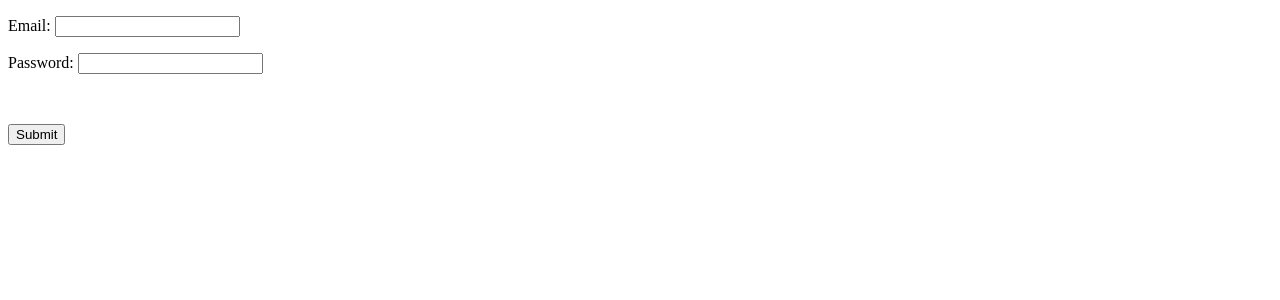
Repository: Dbeee-Acharya/advanceProgrammingTechnologiesSem2
Page: EcliplseWorkspace/W3UserLogin/src/main/webapp/htmlPages/login.html
These files come from the project's save history. The page is drawn as it stood at one moment and after the next save; the edit follows.
The browser window is 1280 px wide. The pictures show the whole page.

Above is the page before, as saved 2024-03-10 07:32:37.

After the next save:
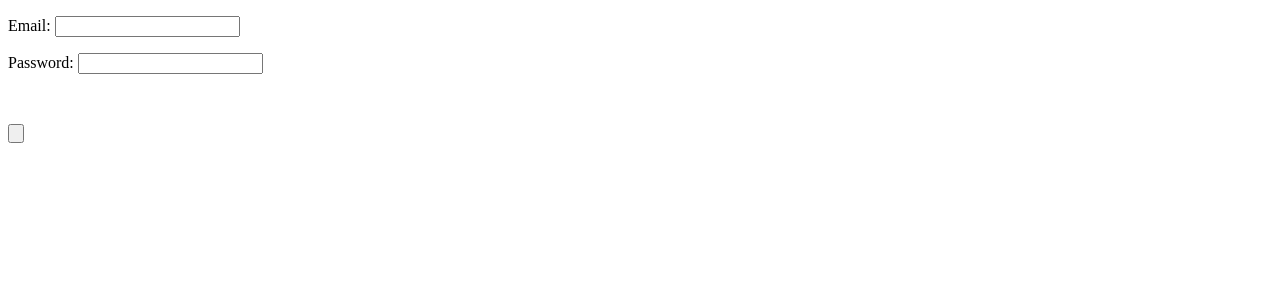
Saved 4 s later.
--- a/EcliplseWorkspace/W3UserLogin/src/main/webapp/htmlPages/login.html
+++ b/EcliplseWorkspace/W3UserLogin/src/main/webapp/htmlPages/login.html
@@ -10,7 +10,7 @@
 	<p>Email: <input type="email" name="email"></p>
 	<p>Password: <input type="password" name = "password"></p>
 	<br>
-	<p><input type="submit" name="login"></p>
+	<p><button type="submit" name="login"></p>
 	</form>
 
 </body>

After the save that followed:
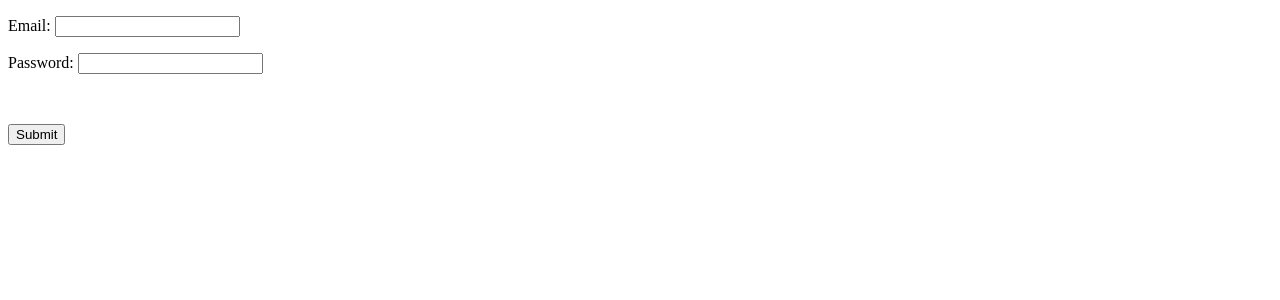
Saved 7 s later.
--- a/EcliplseWorkspace/W3UserLogin/src/main/webapp/htmlPages/login.html
+++ b/EcliplseWorkspace/W3UserLogin/src/main/webapp/htmlPages/login.html
@@ -10,7 +10,7 @@
 	<p>Email: <input type="email" name="email"></p>
 	<p>Password: <input type="password" name = "password"></p>
 	<br>
-	<p><button type="submit" name="login"></p>
+	<p><input type="submit" name="login"></p>
 	</form>
 
 </body>
